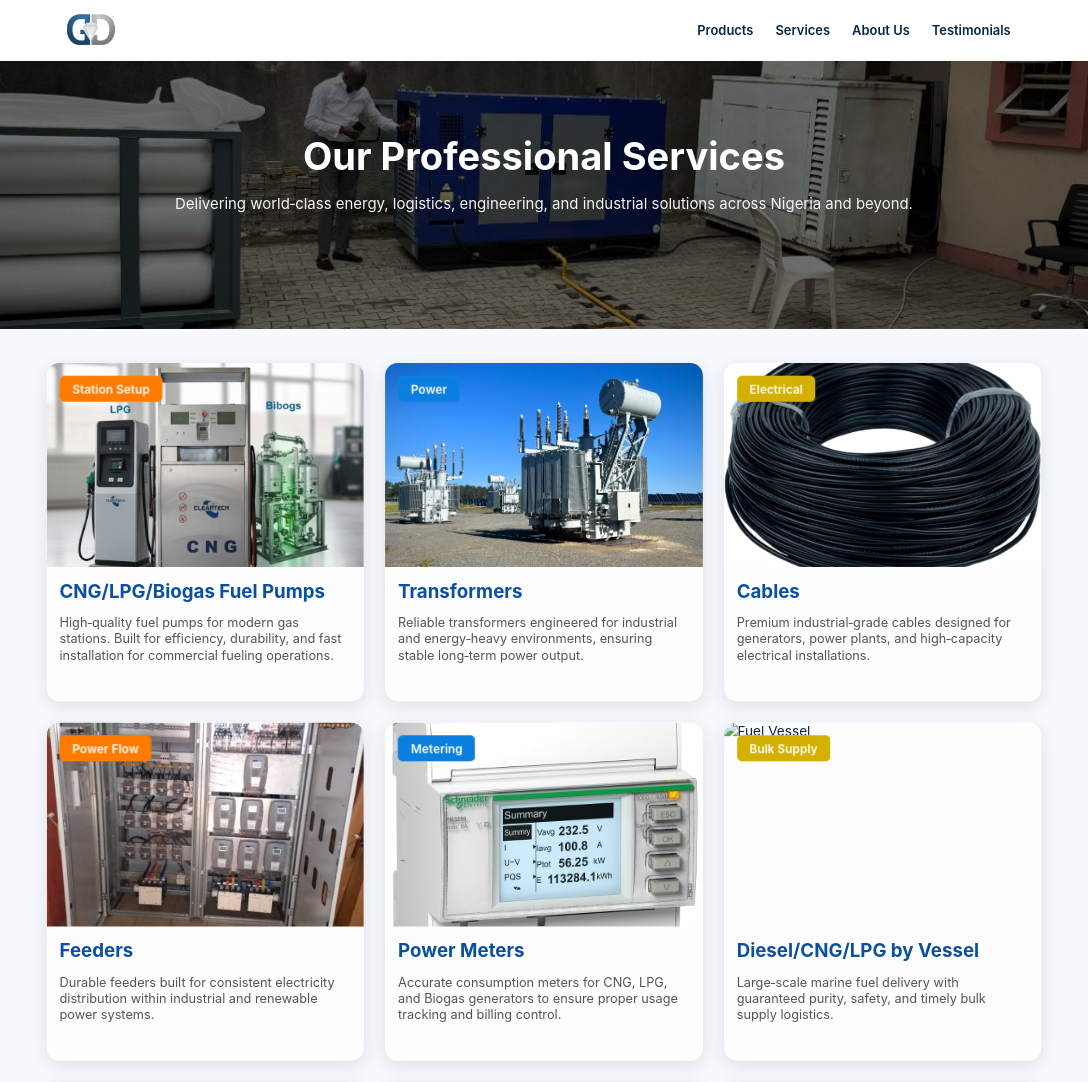
Repository: trenzyfx1/Discover-Diamond-Zillions-Nigeria-Limited
Page: pages/service.html
These files come from the project's save history. The page is drawn as it stood at one moment and after the next save; the edit follows.
The browser window is 1280 px wide. The pictures show the part of the page from y = 0 to 1273 px (the page is 3982 px tall), at 85% of full size.
Pictures or frames that could not be fetched are drawn as grey boxes.

Above is the page before, as saved 2025-11-27 17:16:54.
Console error: TypeError: Cannot read properties of null (reading 'querySelector')
Not found: images/product27.jpg

### pages/service.html
<!DOCTYPE html>
<html lang="en">

<head>
    <meta charset="UTF-8" />
    <meta name="viewport" content="width=device-width, initial-scale=1.0" />
    <title>Our Services - Discover Diamond Zillions Ltd</title>
    <link rel="stylesheet" href="../css/style.css" />
</head>

<body>
    <header class="site-header">
        <div class="container header-inner">
            <a class="brand" href="#">
                <!-- replace with your logo file -->
                <img src="../images/logo.png" alt="Discover Diamond Zillions logo" class="logo" />
            </a>

            <nav class="nav" aria-label="Primary">
                <ul class="nav-list">
                    <li><a href="#products">Products</a></li>
                    <li><a href="#services">Services</a></li>
                    <li><a href="#about">About Us</a></li>
                    <li><a href="#testimonials">Testimonials</a></li>
                </ul>
            </nav>

            <div class="header-ctas">
                <button class="hamburger" aria-label="Open menu" aria-expanded="false">
                    <span></span><span></span><span></span>
                </button>
            </div>
        </div>

        <!-- mobile menu (hidden by default) -->
        <div class="mobile-menu" id="mobileMenu" hidden>
            <ul>
                <li><a href="#products">Products</a></li>
                <li><a href="#services">Services</a></li>
                <li><a href="#about">About Us</a></li>
                <li><a href="#testimonials">Testimonials</a></li>
            </ul>
        </div>
    </header>

    <section class="pages-hero">
        <div class="overlay"></div>
        <div class="container hero-content">
            <h1>Our Professional Services</h1>
            <p>Delivering world‑class energy, logistics, engineering, and industrial solutions across Nigeria and
                beyond.</p>
        </div>
    </section>


    <!-- SERVICES SECTION -->
    <section class="featured-generators">
        <div class="container">
            <div class="generator-grid">

                <!-- 1 -->
                <div class="generator-card">
                    <div class="badge">Station Setup</div>
                    <img src="../images/product20.PNG" alt="Gas Station Pumps" />
                    <h3>CNG/LPG/Biogas Fuel Pumps</h3>
                    <p>High‑quality fuel pumps for modern gas stations. Built for efficiency, durability, and fast
                        installation for commercial fueling operations.</p>
                </div>

                <!-- 2 -->
                <div class="generator-card">
                    <div class="badge new">Power</div>
                    <img src="../images/product23.jpg" alt="Transformers" />
                    <h3>Transformers</h3>
                    <p>Reliable transformers engineered for industrial and energy‑heavy environments, ensuring stable
                        long‑term power output.</p>
                </div>

                <!-- 3 -->
                <div class="generator-card">
                    <div class="badge yellow">Electrical</div>
                    <img src="../images/product24.jpg" alt="Cables" />
                    <h3>Cables</h3>
                    <p>Premium industrial‑grade cables designed for generators, power plants, and high‑capacity
                        electrical installations.</p>
                </div>

                <!-- 4 -->
                <div class="generator-card">
                    <div class="badge">Power Flow</div>
                    <img src="../images/product25.jpg" alt="Feeders" />
                    <h3>Feeders</h3>
                    <p>Durable feeders built for consistent electricity distribution within industrial and renewable
                        power systems.</p>
                </div>

                <!-- 5 -->
                <div class="generator-card">
                    <div class="badge new">Metering</div>
                    <img src="../images/product26.jpg" alt="Meters" />
                    <h3>Power Meters</h3>
                    <p>Accurate consumption meters for CNG, LPG, and Biogas generators to ensure proper usage tracking
                        and billing control.</p>
                </div>

                <!-- 6 -->
                <div class="generator-card">
                    <div class="badge yellow">Bulk Supply</div>
                    <img src="../images/product27.jpg" alt="Fuel Vessel" />
                    <h3>Diesel/CNG/LPG by Vessel</h3>
                    <p>Large‑scale marine fuel delivery with guaranteed purity, safety, and timely bulk supply
                        logistics.</p>
                </div>

                <!-- 7 -->
                <div class="generator-card">
                    <div class="badge">Commodities</div>
                    <img src="images/service7.jpg" alt="Agricultural supply" />
                    <h3>Confectionery & Agricultural Products</h3>
                    <p>Premium caramel, malt extract, maize, nuts, barley malt, and sorghum seeds for food, ethanol, and
                        industrial production.</p>
                </div>

                <!-- 8 -->
                <div class="generator-card">
                    <div class="badge new">Logistics</div>
                    <img src="images/service8.jpg" alt="Logistics trucks" />
                    <h3>Industrial Logistics & Vessel Maintenance</h3>
                    <p>Nationwide trucking, industrial transport, and full vessel maintenance for marine and heavy‑duty
                        operations.</p>
                </div>

                <!-- 9 -->
                <div class="generator-card">
                    <div class="badge yellow">Lubricants</div>
                    <img src="images/service9.jpg" alt="Engine oil" />
                    <h3>Engine Oil & Tank‑Farm Delivery</h3>
                    <p>High‑performance engine oils supplied in drums with direct tank‑farm delivery for bulk industrial
                        clients.</p>
                </div>

                <!-- 10 -->
                <div class="generator-card">
                    <div class="badge">Marine Supply</div>
                    <img src="images/service10.jpg" alt="Fuel Vessel Delivery" />
                    <h3>Fuel Delivery by Vessel</h3>
                    <p>Secure marine distribution of Diesel, LPG, and CNG exclusively to tank‑farms and major energy
                        clients.</p>
                </div>

                <!-- 11 -->
                <div class="generator-card">
                    <div class="badge new">Fabrication</div>
                    <img src="images/service11.jpg" alt="Factory equipment" />
                    <h3>Heavy Factory Equipment Fabrication</h3>
                    <p>Custom industrial machinery fabrication to support factories, refineries, and large‑scale
                        production lines.</p>
                </div>

                <!-- 12 -->
                <div class="generator-card">
                    <div class="badge yellow">Interior</div>
                    <img src="images/service12.jpg" alt="Interior design" />
                    <h3>Interior Decoration</h3>
                    <p>Elegant and modern interior finishing for both private luxury homes and commercial business
                        buildings.</p>
                </div>

                <!-- 13 -->
                <div class="generator-card">
                    <div class="badge">Engines</div>
                    <img src="images/service13.jpg" alt="Turbine engine" />
                    <h3>CNG / LPG / Biogas / Turbine Engines</h3>
                    <p>Sales, installation, and maintenance of advanced turbine and gas‑powered engines for industrial
                        use.</p>
                </div>

                <!-- 14 -->
                <div class="generator-card">
                    <div class="badge new">Oil Trading</div>
                    <img src="images/service14.jpg" alt="Crude oil" />
                    <h3>Crude Oil Supply & Petroleum Delivery</h3>
                    <p>Supplying crude oil to refineries plus safe vessel delivery of all petroleum products nationwide.
                    </p>
                </div>

                <!-- 15 -->
                <div class="generator-card">
                    <div class="badge">Dredging</div>
                    <img src="images/service15.jpg" alt="Dredging equipment" />
                    <h3>Dredging & Drilling Services</h3>
                    <p>Professional dredging operations with durable drilling and earth‑moving equipment for industrial
                        expansion.</p>
                </div>

                <!-- 16 -->
                <div class="generator-card">
                    <div class="badge yellow">Construction</div>
                    <img src="images/service16.jpg" alt="Tank farm construction" />
                    <h3>Tank‑Farm Storage Construction</h3>
                    <p>Building world‑standard tank farms designed for safety, efficiency, and long‑term industrial
                        storage.</p>
                </div>

                <!-- 17 -->
                <div class="generator-card">
                    <div class="badge new">Generators</div>
                    <img src="images/service17.jpg" alt="Generators" />
                    <h3>Industrial Generators (50kVA – 100MW)</h3>
                    <p>Supplying top‑grade generators capable of powering factories, estates, and large‑scale
                        operations.</p>
                </div>

                <!-- 18 -->
                <div class="generator-card">
                    <div class="badge">Energy</div>
                    <img src="images/service18.jpg" alt="Energy services" />
                    <h3>Energy Consultancy & EPC Services</h3>
                    <p>Full consultancy, procurement, construction, and maintenance services across the entire energy
                        sector.</p>
                </div>

                <!-- 19 -->
                <div class="generator-card">
                    <div class="badge yellow">Renewables</div>
                    <img src="images/service19.jpg" alt="Renewable energy" />
                    <h3>Renewable & Fossil‑Fuel Energy Systems</h3>
                    <p>Solar, windmill, gas turbines, ethanol fuel systems, and waste‑to‑energy installation for modern
                        industries.</p>
                </div>

                <!-- 20 -->
                <div class="generator-card">
                    <div class="badge new">Power</div>
                    <img src="images/service20.jpg" alt="Power solutions" />
                    <h3>Retail Power Provision & Engineering</h3>
                    <p>Retail power services, engineering projects, and energy investments powering Nigeria’s future.
                    </p>
                </div>

                <!-- 21 -->
                <div class="generator-card">
                    <div class="badge">Multi‑Energy</div>
                    <img src="images/service21.jpg" alt="Natural gas energy" />
                    <h3>Natural Gas, Solar & Wind Energy</h3>
                    <p>Providing clean energy solutions through solar, CNG, LPG, biogas, windmill systems, and full
                        gas‑station installations.</p>
                </div>

            </div>
        </div>
    </section>

    <footer class="footer" role="contentinfo">
            <div class="footer-container">

                <!-- LEFT: logo + blurb + socials -->
                <div class="footer-logo" aria-label="company info">
                    <!-- replace src with your logo file -->
                    <img src="../images/logo.png" alt="Discover Diamond Zillions Nigeria Limited logo"
                        style="margin: auto;" />

                    <p>
                        Your trusted partner for industrial power and energy solutions — generators, fuel systems,
                        engineering installations, and nationwide logistics.
                    </p>


                    <div class="footer-socials" aria-label="social links">
                        <!-- Replace hrefs with real links; these are simple icons using SVG -->
                        <a href="#" aria-label="Facebook" title="Facebook">
                            <svg width="16" height="16" viewBox="0 0 24 24" fill="none" aria-hidden="true">
                                <path
                                    d="M22 12.07C22 6.48 17.52 2 11.93 2S2 6.48 2 12.07c0 5.02 3.66 9.18 8.44 9.93v-7.03H8.07v-2.9h2.37V9.41c0-2.35 1.4-3.65 3.54-3.65 1.03 0 2.11.18 2.11.18v2.32h-1.18c-1.16 0-1.52.72-1.52 1.46v1.75h2.58l-.41 2.9h-2.17V22C18.34 21.25 22 17.09 22 12.07z"
                                    fill="currentColor" />
                            </svg>
                        </a>

                        <a href="#" aria-label="Instagram" title="Instagram">
                            <svg width="16" height="16" viewBox="0 0 24 24" fill="none" aria-hidden="true">
                                <path
                                    d="M7 2h10a5 5 0 0 1 5 5v10a5 5 0 0 1-5 5H7a5 5 0 0 1-5-5V7a5 5 0 0 1 5-5zM12 7.5A4.5 4.5 0 1 0 12 16.5 4.5 4.5 0 0 0 12 7.5zM18.5 6.3a1.1 1.1 0 1 0 0 2.2 1.1 1.1 0 0 0 0-2.2z"
                                    fill="currentColor" />
                            </svg>
                        </a>

                        <a href="#" aria-label="WhatsApp" title="WhatsApp">
                            <svg width="16" height="16" viewBox="0 0 24 24" fill="none" aria-hidden="true">
                                <path
                                    d="M20.5 3.5A11 11 0 0 0 3 18.6L3 22l3.5-.9A11 11 0 0 0 20.5 3.5zM12 20a7.9 7.9 0 0 1-4.15-1.16L7 18l-1.3.33A7.9 7.9 0 1 1 12 20zM17 14.2c-.25-.12-1.46-.72-1.7-.8-.23-.08-.4-.12-.57.12-.16.23-.64.8-.78.97-.14.16-.28.18-.52.06-.24-.12-1-0.37-1.9-1.17-.71-.64-1.19-1.43-1.33-1.68-.14-.25 0-.38.11-.5.11-.11.24-.28.37-.42.12-.14.16-.24.24-.4.08-.16 0-.31-.05-.42-.05-.1-.57-1.37-.78-1.88-.2-.49-.41-.42-.57-.43-.15-.01-.32-.01-.49-.01s-.42.06-.64.31c-.22.25-.84.82-.84 2.01s.86 2.33.98 2.5c.12.18 1.7 2.6 4.12 3.65 2.4 1.05 2.4.7 2.83.66.43-.04 1.4-.57 1.6-1.12.2-.55.2-1.02.14-1.12-.06-.1-.23-.16-.5-.28z"
                                    fill="currentColor" />
                            </svg>
                        </a>
                    </div>
                </div>

                <!-- MIDDLE: Quick Links -->
                <nav class="footer-links" aria-label="quick links">
                    <h4>Quick Links</h4>
                    <a href="#">Home</a>
                    <a href="#">Products</a>
                    <a href="#">Services</a>
                    <a href="#">About Us</a>
                    <a href="#">Testimonials</a>
                    <a href="#">Promotions</a>
                </nav>

                <div class="footer-services" aria-label="our services">
                    <h4>Our Services</h4>
                    <a href="#">CNG / LPG / Biogas Generators</a>
                    <a href="#">Fuel Pumps & Gas Station Setup</a>
                    <a href="#">Transformers, Cables & Meters</a>
                    <a href="#">Diesel / CNG / LPG Supply</a>
                    <a href="#">Truck Logistics & Maintenance</a>
                    <a href="#">Dredging & Fabrication</a>
                    <a href="#">Interior Installation</a>
                </div>

                <!-- RIGHT: Contact -->
                <div class="footer-contact" aria-label="contact us">
                    <h4>Contact Us</h4>

                    <a href="#" class="contact-item">
                        <!-- small pin icon -->
                        <span aria-hidden="true">📍</span>
                        <span>#63 Ogunlana Drive <br> surulere Lagos Nigeria</span>
                    </a>

                    <a href="tel:+11234567890" class="contact-item">
                        <span aria-hidden="true">📞</span>
                        <span>(+234) 704 242 4239</span>
                    </a>

                    <a href="mailto:DiamondZillions@gmail.com" class="contact-item">
                        <span aria-hidden="true">✉️</span>
                        <span>DiamondZillions@gmail.com</span>
                    </a>

                    <div style="margin-top:6px; font-size:14px; color:#cfd8e3;">
                        <span aria-hidden="true">⏰</span> 24/7 Emergency Service
                    </div>
                </div>
            </div>

            <div class="footer-bottom">
                <div>© 2025 Trenzy Tech. All rights reserved.</div>
                <div>
                    <a href="#">Privacy Policy</a>
                    <a href="#">Terms of Service</a>
                    <a href="#">Contact</a>
                </div>
            </div>
        </footer>

    <script src="../js/script.js"></script>
</body>

</html>

Loaded but not shown: js/script.js (93 lines, source omitted); css/style.css (2292 lines, source omitted)

After the next save:
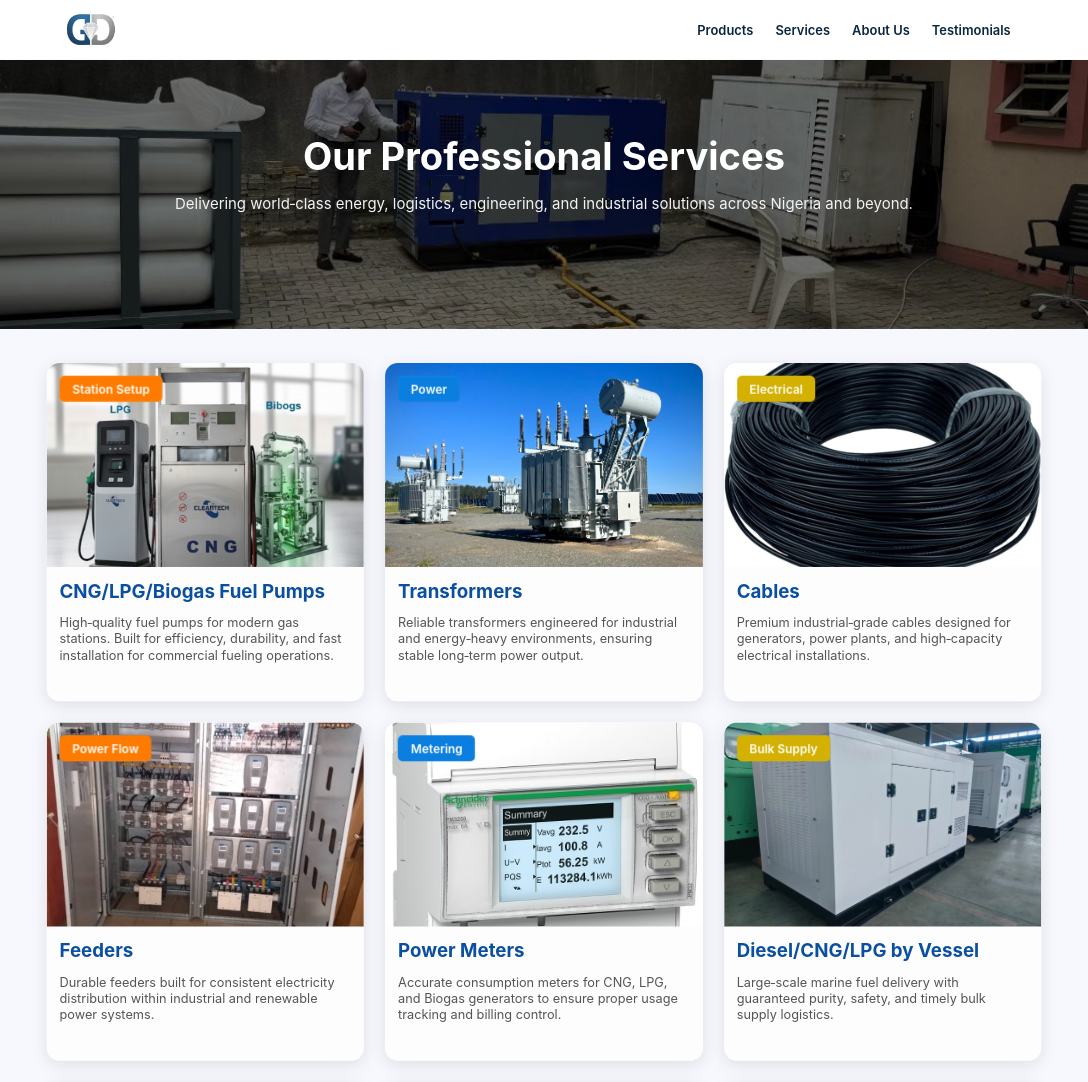
Saved 18 s later.
--- a/pages/service.html
+++ b/pages/service.html
@@ -106,7 +106,7 @@
                 <!-- 6 -->
                 <div class="generator-card">
                     <div class="badge yellow">Bulk Supply</div>
-                    <img src="../images/product27.jpg" alt="Fuel Vessel" />
+                    <img src="../images/product2.jpg" alt="Fuel Vessel" />
                     <h3>Diesel/CNG/LPG by Vessel</h3>
                     <p>Large‑scale marine fuel delivery with guaranteed purity, safety, and timely bulk supply
                         logistics.</p>
